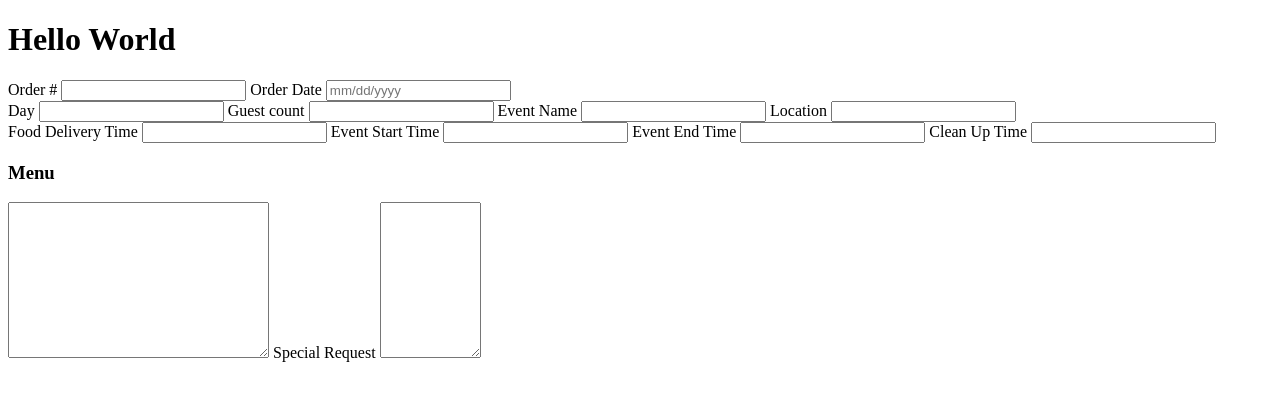
Repository: pmbyrd/rgp-catering
Page: index.html
These files come from the project's save history. The page is drawn as it stood at one moment and after a run of saves; the edit follows.
The browser window is 1280 px wide. The pictures show the whole page.

Above is the page before, as saved 2023-12-04 17:42:51.

After the next 3 saves:
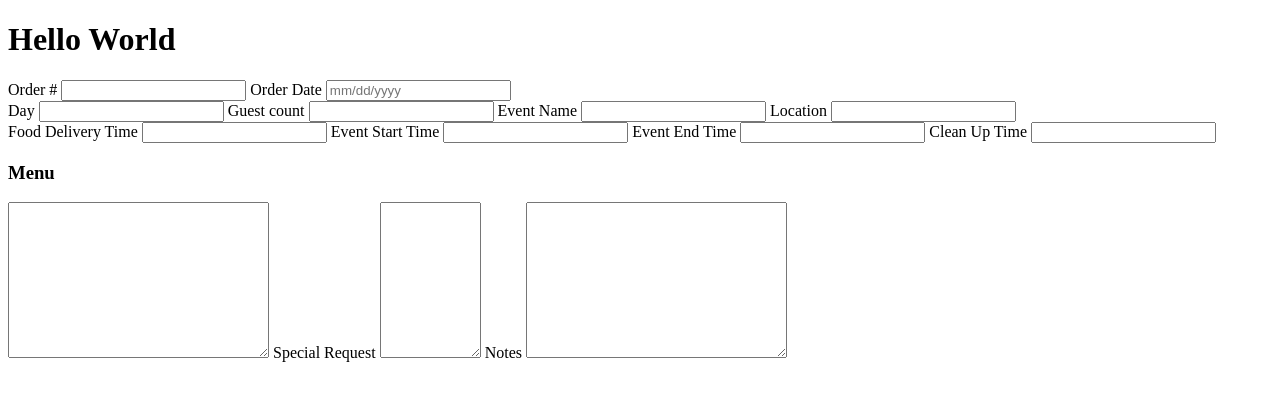
The 3 saves are shown as one change because they came seconds apart.
The last was saved 11 s later.
--- a/index.html
+++ b/index.html
@@ -45,7 +45,8 @@
             </label>
             <label for="menu-request">Special Request</label>
             <textarea name="" id="" cols="10" rows="10"></textarea>
-
+            <label for="menu-notes">Notes</label>
+            <textarea name="" id="" cols="30" rows="10"></textarea>
         </div>
     </form>
     <script src="index.js"></script>
